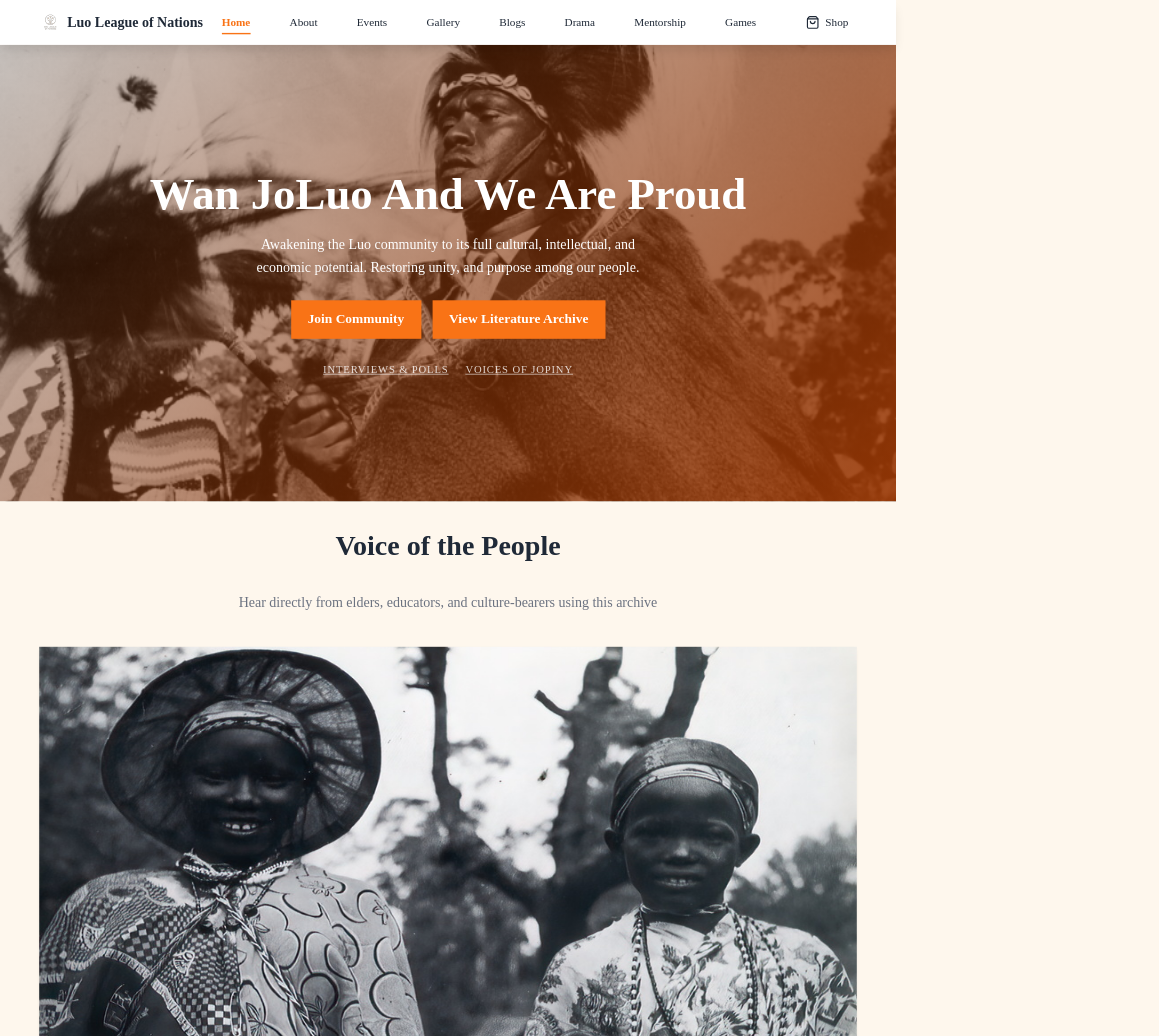
Repository: ianfranko/luo-community-history
Page: /
The author's editor kept a copy of each file at every save. The page is drawn from the files as they stood at one save, then again after the next save.
The browser window is 1280 px wide. The page is 1280 px wide, then 1656 px, then 1280 px, so the pictures cover 1656 px, including what lies to the right of the window. The pictures show the part of the page from y = 0 to 1480 px (the page is 4304 px tall before and 4296 px after), at 70% of full size.
The project was rebuilt for these pictures with package versions that can differ from the ones it lists, and the page was loaded fresh each time. The framework's server and built-in components were replaced by stand-ins that run in the browser. Also part of the build but not shown: next.config.ts.

Above is the page before, as saved 2025-11-23 07:02:19.

After the next save:
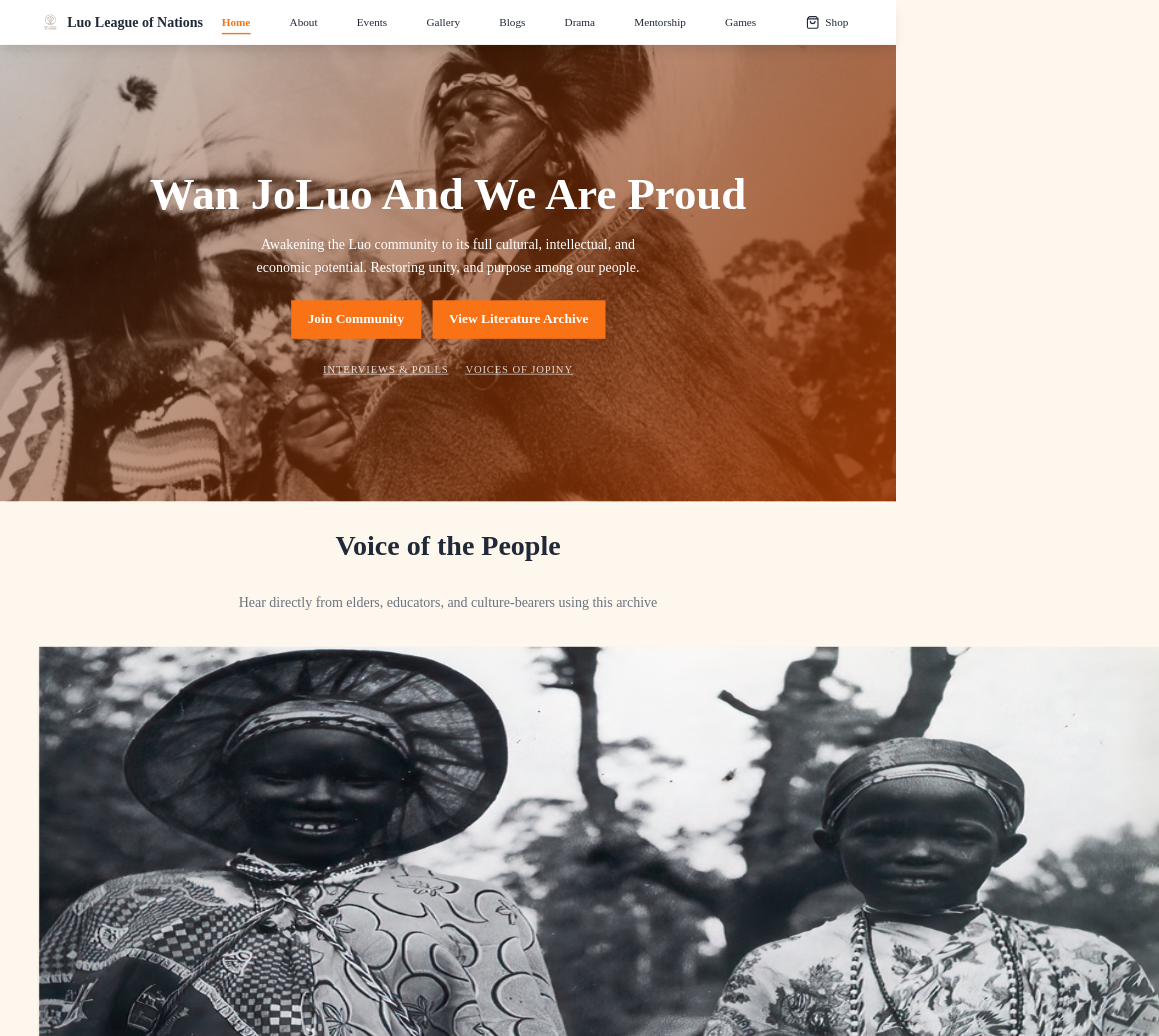
Saved 2 min 9 s later.
--- a/src/app/page.tsx
+++ b/src/app/page.tsx
@@ -199,7 +199,7 @@
     </p>
 
     {/* IMAGE (fixed height, always fits) */}
-    <div className="flex justify-center max-h-[4vh] mb-4">
+    <div className="object-cover w-full max-w-2xl h-[120px] shadow">
   <Image
     src="/luo_03.jpg"
     alt="Community Archive"

After the save that followed:
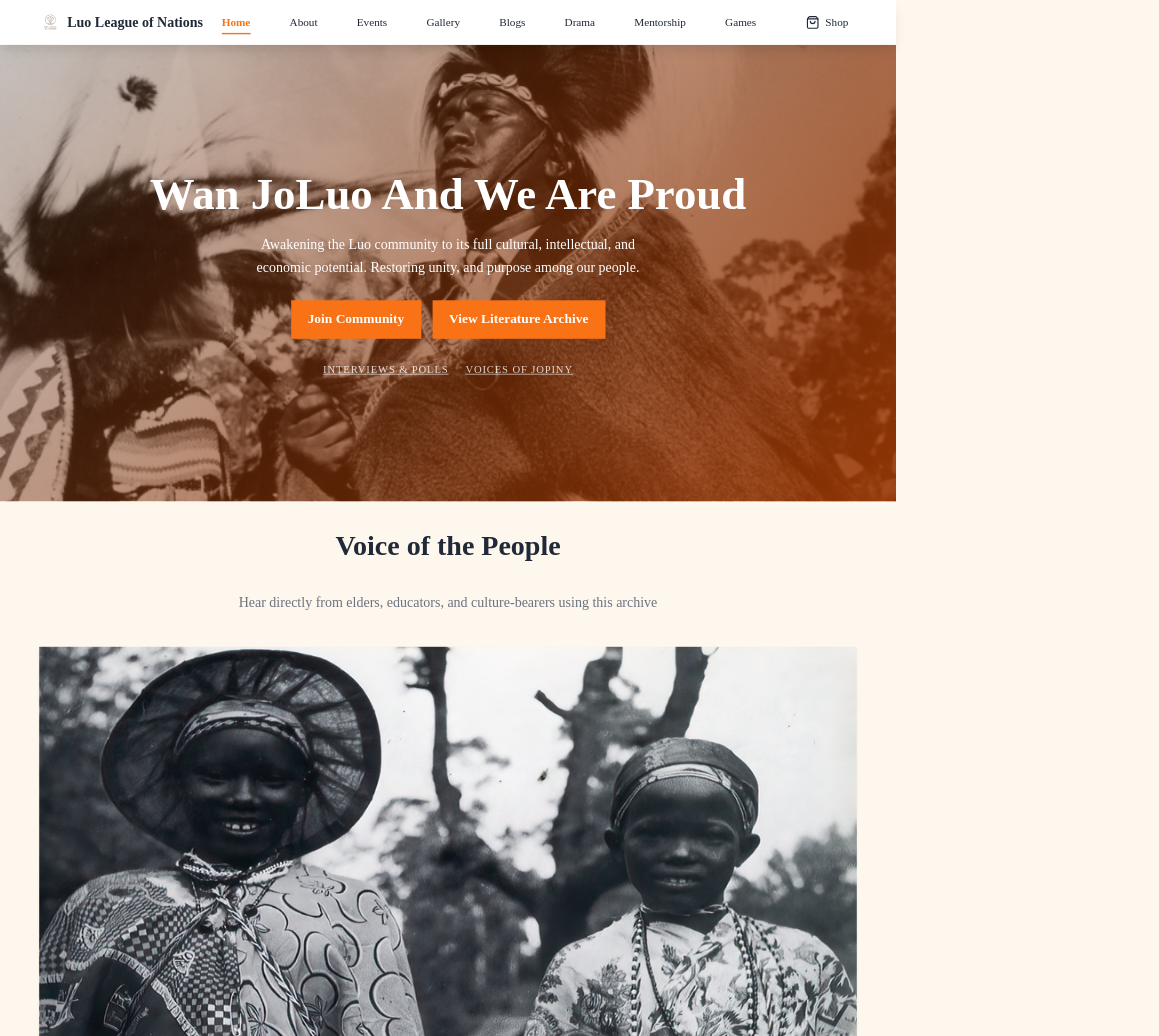
Saved 63 s later.
--- a/src/app/page.tsx
+++ b/src/app/page.tsx
@@ -199,14 +199,13 @@
     </p>
 
     {/* IMAGE (fixed height, always fits) */}
-    <div className="object-cover w-full max-w-2xl h-[120px] shadow">
+    <div className="flex justify-center max-h-[4vh] mb-4">
   <Image
     src="/luo_03.jpg"
     alt="Community Archive"
     width={1600}
     height={800}
-    className="object-cover w-full max-w-2xl max-h-[4vh] shadow"
-  />
+    className="object-cover w-full max-w-2xl h-[120px] shadow"/>
 </div>
 
     {/* TESTIMONIALS — auto-fill remaining space */}
